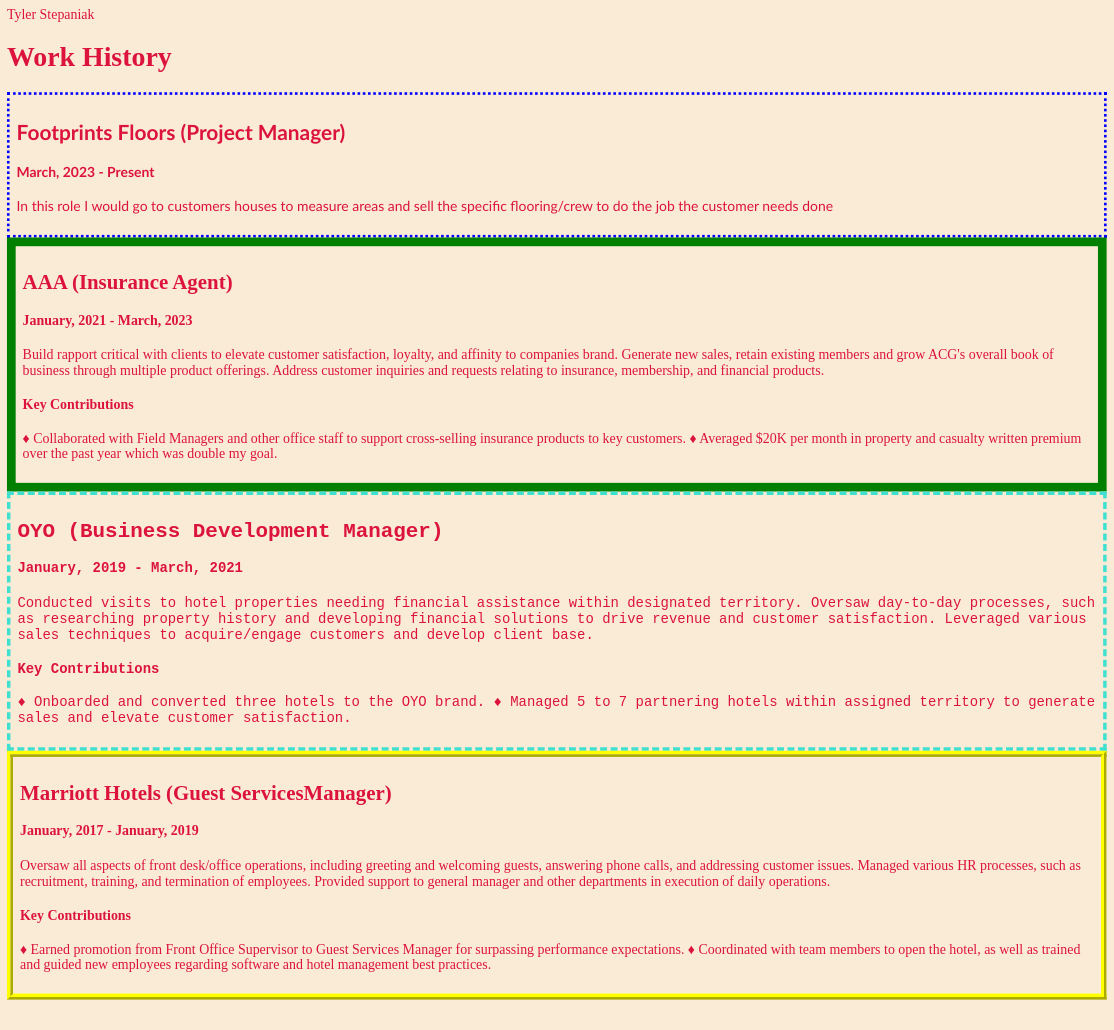
Repository: TEazy2433/LAB-HTML-Resume
Page: index.html
The author's editor kept a copy of each file at every save. The page is drawn from the files as they stood at one save, then again after the next save.
The browser window is 1280 px wide. The pictures show the whole page, at 87% of full size.

Above is the page before, as saved 2023-10-11 20:45:42.

### index.html
<!DOCTYPE html>
<html lang="en">
<head>
  <meta charset="UTF-8">
  <meta name="viewport" content="width=device-width, initial-scale=1.0">
  <title>Resume</title>
  <link rel="stylesheet" href="main.css">
  </head>
  <body>

  <script src="main.js"></script>
  </body>
  </html><html></html>
    <header>Tyler Stepaniak</header>
    </head>
      <title>Work History</title>
    </head>
    <body>
      <h1>Work History</h1>
      <article id="articleOne">
        <h2>Footprints Floors (Project Manager)</h2>
        <h4>March, 2023 - Present</h4>
        <section>
          <p>In this role I would go to customers houses to measure areas and sell the specific flooring/crew to do the job the customer needs done</p>
        </section>
      </article>

      <article id="articleTwo">
        <h2>AAA (Insurance Agent)</h2>
        <h4>January, 2021 - March, 2023</h4>
        <section>
          <p>Build rapport critical with clients to elevate customer satisfaction, loyalty, and affinity to companies brand. Generate new sales, retain existing members and grow ACG's overall book of business through multiple product offerings. Address customer inquiries and requests relating to insurance, membership, and financial products.</p>

          <h4>Key Contributions</h4>
          <P>♦ Collaborated with Field Managers and other office staff to support cross-selling insurance products to key customers.
            ♦ Averaged $20K per month in property and casualty written premium over the past year which was double my goal.</P>
        </section>
      </article>

      <article id="articleThree">
        <h2>OYO (Business Development Manager)</h2>
        <h4>January, 2019 - March, 2021</h4>
        <section>
          <p>Conducted visits to hotel properties needing financial assistance within designated territory. Oversaw day-to-day processes, such as researching property history and developing financial solutions to drive revenue and customer satisfaction. Leveraged various sales techniques to acquire/engage customers and develop client base.</p>

          <h4>Key Contributions</h4>
          <P>♦ Onboarded and converted three hotels to the OYO brand.
            ♦ Managed 5 to 7 partnering hotels within assigned territory to generate sales and elevate customer satisfaction.</P>
        </section>
      </article>

      <article id="articleFour">
        <h2>Marriott Hotels (Guest ServicesManager)</h2>
        <h4>January, 2017 - January, 2019</h4>
        <section>
          <p>Oversaw all aspects of front desk/office operations, including greeting and welcoming guests, answering phone calls, and addressing customer issues. Managed various HR processes, such as recruitment, training, and termination of employees. Provided support to general manager and other departments in execution of daily operations.</p>

          <h4>Key Contributions</h4>
          <P>♦ Earned promotion from Front Office Supervisor to Guest Services Manager for surpassing performance expectations.
            ♦ Coordinated with team members to open the hotel, as well as trained and guided new employees regarding software
            and hotel management best practices.</P>
        </section>
      </article>


    </body>

### main.css
header{
  color:crimson
}

body{
  background-color: antiquewhite;
}

h1{
  color: crimson;

}

h2{
  color: crimson;
}

p{
  color:crimson
}

h4{
  color:crimson
}

h5{
  color: crimson
}

header{
  padding-right: 20px;
}

article{
  padding: 8px;
}


#articleOne{
  font-family: 'Gill Sans', 'Gill Sans MT', Calibri, 'Trebuchet MS', sans-serif;
  border: 3px dotted blue
}

#articleTwo{
  font-family: cursive;
  border: 10px solid green
}

#articleThree{
  font-family: 'Courier New', Courier, monospace;
  border: 4px dashed turquoise
}

#articleFour{
  font-family: fantasy;
  border: 7px ridge yellow
}

### main.js
console.log("Resume");

After the next save:
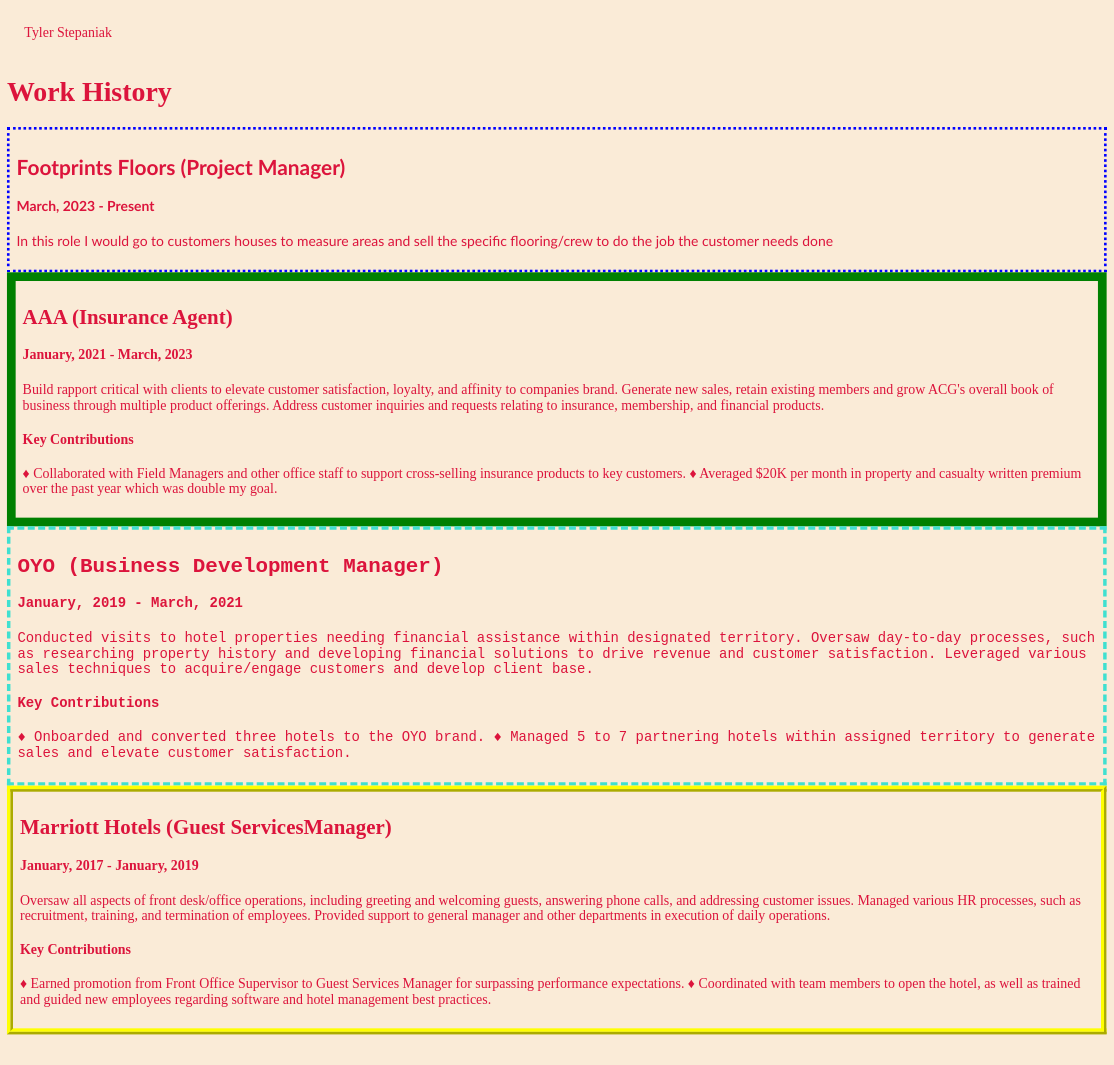
Saved 14 s later.
--- a/main.css
+++ b/main.css
@@ -28,7 +28,7 @@
 }
 
 header{
-  padding-right: 20px;
+  padding: 20px;
 }
 
 article{
